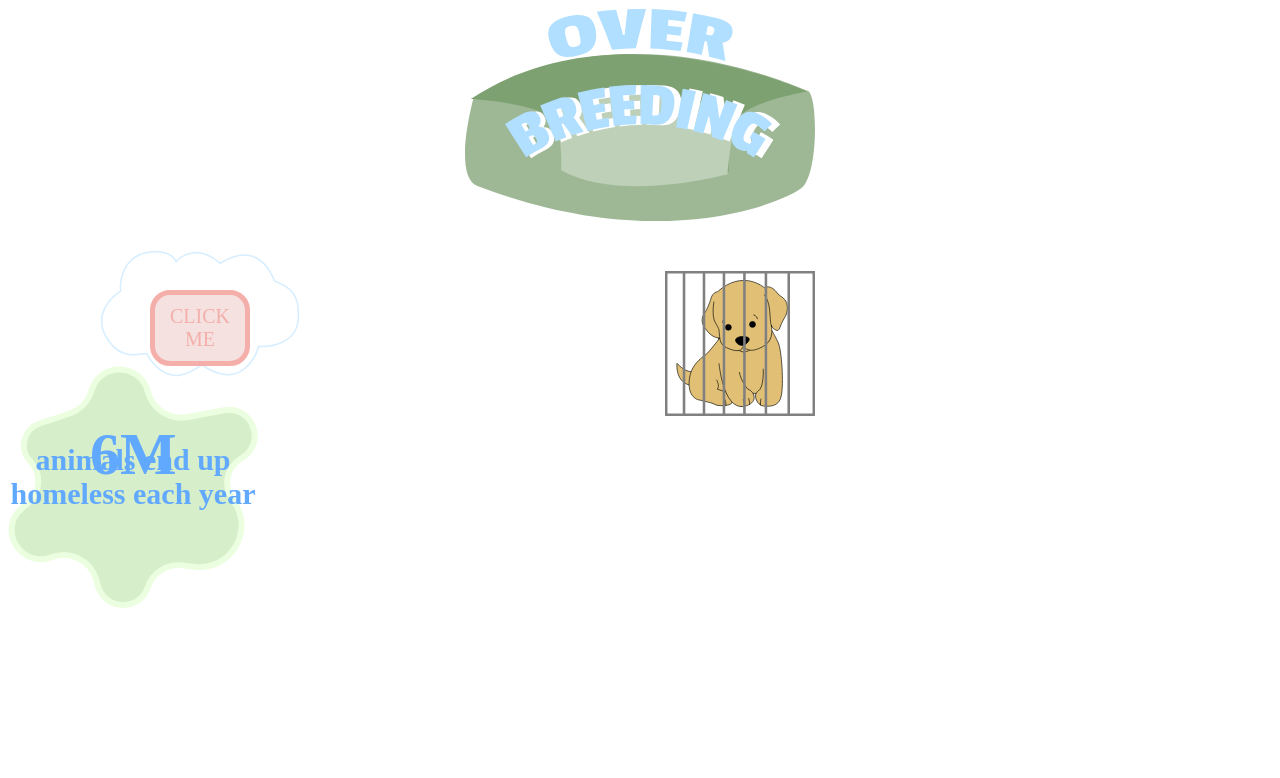
Repository: SoleilDagneau/MDIA2109Midterm
Page: index.html
The author's editor kept a copy of each file at every save. The page is drawn from the files as they stood at one save, then again after the next save.
The browser window is 1280 px wide. The pictures show the whole page.
Some web fonts or font styles are not loaded; a fallback is used.

Above is the page before, as saved 2022-03-02 21:03:56.

### index.html
<!DOCTYPE html>
<html lang="en">
<head>
    <meta charset="UTF-8">
    <meta http-equiv="X-UA-Compatible" content="IE=edge">
    <meta name="viewport" content="width=device-width, initial-scale=1.0">
    <title>Animal Cruelty</title>

    <link href="styles.css" rel="stylesheet">

    <link rel="preconnect" href="https://fonts.googleapis.com">
    <link rel="preconnect" href="https://fonts.gstatic.com" crossorigin>
    <link href="https://fonts.googleapis.com/css2?family=Passion+One:wght@400;700&display=swap" rel="stylesheet">

    <script src="utils/speechbubble.js"></script>
    <script src="utils/clickbubble.js"></script>
    <script src="utils/squarecard.js"></script>
    <script src="utils/blobcard.js"></script>

</head>
<body>

<div class="overbreeding">

    <div class="conttitle">

        <img class="obtitle" src="imgs/overbreeding.svg" alt="overbreeding title">
    </div>
    <div class="contcage">
        <img class="cage" src="imgs/dogincage.svg" alt="dog in cage img">
        <the-clickbubble class="dogtext" desc_text="CLICK ME"></the-clickbubble>
    </div>
    <div class="contblob">
        <the-blobcard blob_text="6M"></the-blobcard>
    </div>











</div>

</body>
</html>

### styles.css

.obtitle{
    width:350px;
    display: flex;
    position:relative;
    margin: auto;
}
.cage{
    width:150px;
    display: flex;
    position: relative;
    left: 100px;
    top: 50px;
    margin: auto;
}
.dogtext{
    display: flex;
    position:absolute;
    top:250px;
    left:100px;
}

### utils/speechbubble.js
//MUST HAVE - CREATE A TEMPLATE TAG
var template_speechbub = document.createElement("template"); //<template> </template> RULE

//To-do - CREATE THE UI HERE!
template_speechbub.innerHTML = `

<style>
    #next_button {
        background-color:#61A8FF;
        border:3px solid #AFDDFF;
        border-radius: 10px;
        font-family: 'passion one', cursive;
        color: white;
        font-size:20px;
        margin:65px;
        display:flex;
        position:absolute;
        top:45px;
        left: 30px;

    }
    #speech_bubble{
        width:250px;
        display:flex;
        position:relative;

    }

</style>
<div id="cloud">
    <img id="speech_bubble" src="imgs/cloud.svg" alt=""/>
        <button id="next_button">
            next...
         </button>
</div>

`;

//MUST HAVE - CREATE A CLASS WITH HTMLELEMENT POWERS (interfaces/functionalities)
class TheSpeechBubble extends HTMLElement {

    //MUST HAVE - CREATE A CONSTRUCTOR TO DO INITAL ASSOCIATIONS
    constructor(){
        super(); //pass on the HTMLElement super powers!
        this.attachShadow({mode:"open"}) //Attach it to the shadowRoot

        //To-do - CREATE THE STATES FOR THE UI HERE!
    }

    //MUST HAVE - FUNCTION THAT RUNS AFTER IT'S CONNECTED
    connectedCallback(){
        this.shadowRoot.appendChild(template_speechbub.content.cloneNode(true));
        this.shadowRoot.querySelector("#next_button").innerText = this.getAttribute("button_text"); //use the template to make a clone
    }

    //To-do - CREATE THE FUNCTIONALITIES HERE!
}

//MUST HAVE - define the tag for the custom elements
customElements.define("the-speechbubble", TheSpeechBubble)

### utils/clickbubble.js
//MUST HAVE - CREATE A TEMPLATE TAG
var template_clickbubble = document.createElement("template"); //<template> </template> RULE

//To-do - CREATE THE UI HERE!
template_clickbubble.innerHTML = `

<style>
    #desc_text {
        font-family:'passion one', cursive;
        color: #F4AFAB;
        font-size:20px;
        padding: 10px;
        background-color:#F4E1E0;
        border: 5px solid #F4AFAB;
        border-radius: 20px;
        position: absolute;
        display:flex;
        justify-content:center;
        top:-10px;

        margin:50px;
    }
    img{
        width: 200px;
    }
    #click_bubble{
        display:flex;
    }
</style>
<div id="click_bubble">
    <img src="imgs/cloud.svg" alt="cloud svg"/>
        <button id="desc_text">
            CLICK ME
        </button>
</div>

`;

//MUST HAVE - CREATE A CLASS WITH HTMLELEMENT POWERS (interfaces/functionalities)
class TheClickBubble extends HTMLElement {

    //MUST HAVE - CREATE A CONSTRUCTOR TO DO INITAL ASSOCIATIONS
    constructor(){
        super(); //pass on the HTMLElement super powers!
        this.attachShadow({mode:"open"}) //Attach it to the shadowRoot

        //To-do - CREATE THE STATES FOR THE UI HERE!
    }

    //MUST HAVE - FUNCTION THAT RUNS AFTER IT'S CONNECTED
    connectedCallback(){
        this.shadowRoot.appendChild(template_clickbubble.content.cloneNode(true));
        this.shadowRoot.querySelector("#desc_text").innerText = this.getAttribute("desc_text"); //use the template to make a clone
    }

    //To-do - CREATE THE FUNCTIONALITIES HERE!
}

//MUST HAVE - define the tag for the custom elements
customElements.define("the-clickbubble", TheClickBubble)

### utils/squarecard.js
//MUST HAVE - CREATE A TEMPLATE TAG
var template_scard = document.createElement("template"); //<template> </template> RULE

//To-do - CREATE THE UI HERE!
template_scard.innerHTML = `

<style>
    #info_card {
        background-color:#EBB2AD;
        width: 175px;
        height:175px;
        border: 15px solid #F4E1E0;
        border-radius: 50px;
        margin: 2rem;
    }
    #info_text {
        display:flex;
        justify-content:center;
        font-size:18px;
        font-family: 'nunito', sans-serif;
        color: white;
        padding: 10px;

    }
</style>
<div id="info_card">
    <p id="info_text">info text</p>
</div>
`;

//MUST HAVE - CREATE A CLASS WITH HTMLELEMENT POWERS (interfaces/functionalities)
class TheSquareCard extends HTMLElement {

    //MUST HAVE - CREATE A CONSTRUCTOR TO DO INITAL ASSOCIATIONS
    constructor(){
        super(); //pass on the HTMLElement super powers!
        this.attachShadow({mode:"open"}) //Attach it to the shadowRoot

        //To-do - CREATE THE STATES FOR THE UI HERE!
    }

    //MUST HAVE - FUNCTION THAT RUNS AFTER IT'S CONNECTED
    connectedCallback(){
        this.shadowRoot.appendChild(template_scard.content.cloneNode(true));
        this.shadowRoot.querySelector("#info_text").innerText = this.getAttribute("info_text"); //use the template to make a clone
    }

    //To-do - CREATE THE FUNCTIONALITIES HERE!
}

//MUST HAVE - define the tag for the custom elements
customElements.define("the-squarecard", TheSquareCard)

### utils/blobcard.js
//MUST HAVE - CREATE A TEMPLATE TAG
var template_bcard = document.createElement("template"); //<template> </template> RULE

//To-do - CREATE THE UI HERE!
template_bcard.innerHTML = `

<style>
    #blob_text {
        font-family:'passion one', cursive;
        font-size:60px;
        color:#61A8FF;
        position:absolute;
        text-align:center;
        top:380px;
        left:90px;
    }
    .blob_subtext{
        font-size:30px;
        color:#61A8FF;
        font-family:'passion one', cursive;
        display:block;
        position:relative;
        text-align:center;
        top:-200px;
    }
    #the_blobcard{
        width:250px;
    }
</style>
<div class="container">
    <div id="the_blobcard">
        <img id="" src="imgs/blob.svg" alt=""/>
            <h1 id="blob_text">
                blob text
            </h1>
            <h3 class="blob_subtext">
                animals end up homeless each year
            </h3>
    </div>
</div>
`;

//MUST HAVE - CREATE A CLASS WITH HTMLELEMENT POWERS (interfaces/functionalities)
class TheBlobCard extends HTMLElement {

    //MUST HAVE - CREATE A CONSTRUCTOR TO DO INITAL ASSOCIATIONS
    constructor(){
        super(); //pass on the HTMLElement super powers!
        this.attachShadow({mode:"open"}) //Attach it to the shadowRoot

        //To-do - CREATE THE STATES FOR THE UI HERE!
    }

    //MUST HAVE - FUNCTION THAT RUNS AFTER IT'S CONNECTED
    connectedCallback(){
        this.shadowRoot.appendChild(template_bcard.content.cloneNode(true));
        this.shadowRoot.querySelector("#blob_text").innerText = this.getAttribute("blob_text");
         //use the template to make a clone
    }

    //To-do - CREATE THE FUNCTIONALITIES HERE!
}

//MUST HAVE - define the tag for the custom elements
customElements.define("the-blobcard", TheBlobCard)

After the next save:
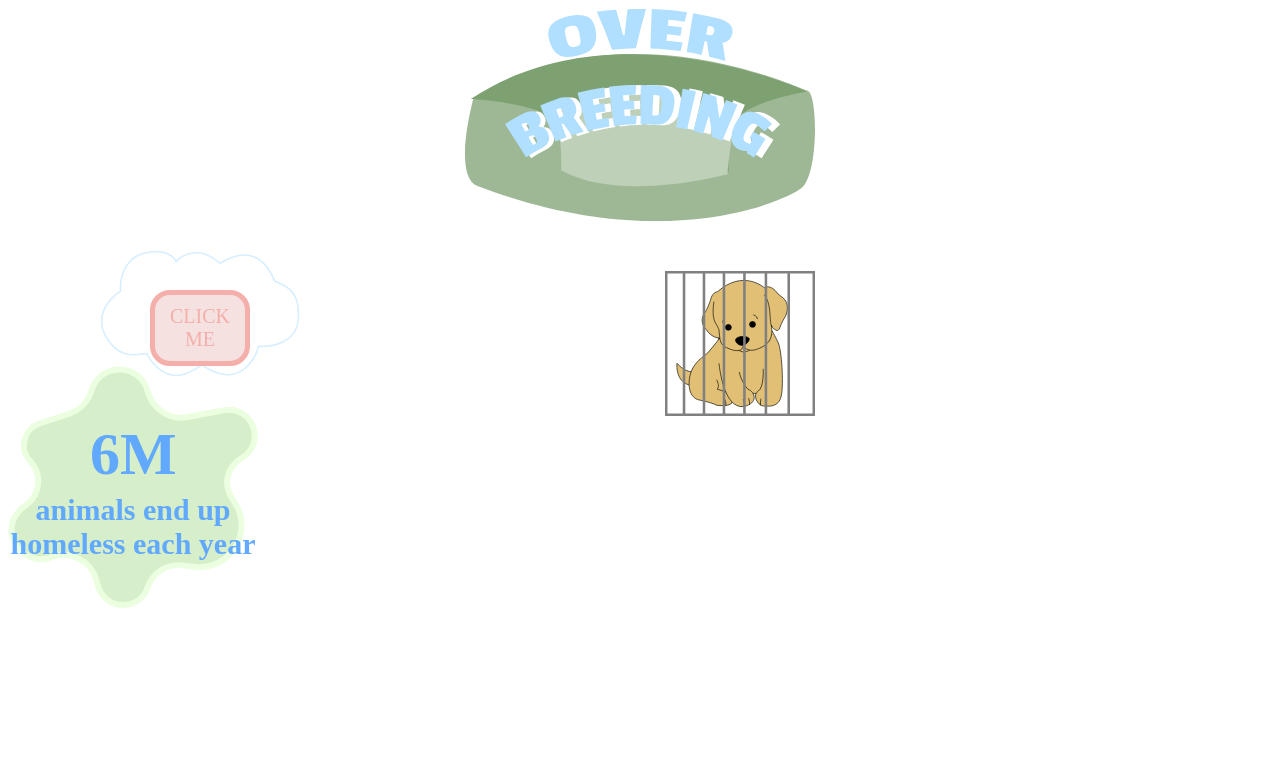
Saved 6 s later.
--- a/utils/blobcard.js
+++ b/utils/blobcard.js
@@ -21,7 +21,7 @@ template_bcard.innerHTML = `
         display:block;
         position:relative;
         text-align:center;
-        top:-200px;
+        top:-150px;
     }
     #the_blobcard{
         width:250px;
